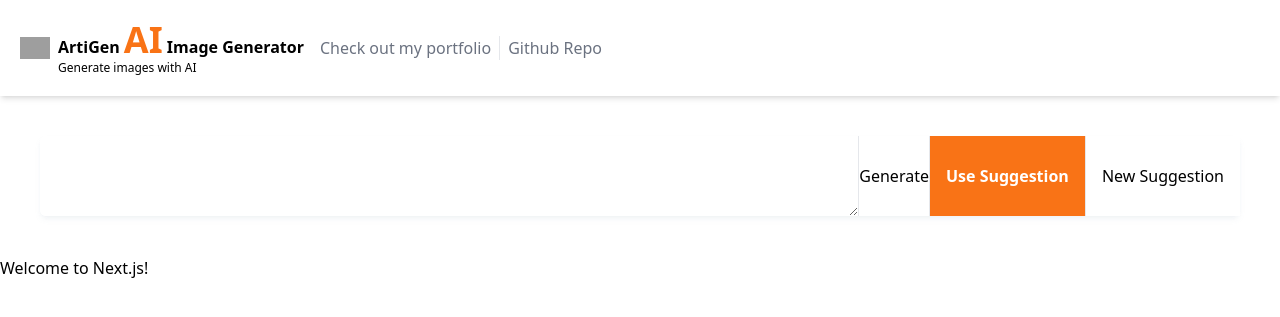
Repository: AlgoHussle/image-generator
Page: /
An editor plug-in stored every save of this project. The page is shown before and after a run of saves, followed by the edit.
The browser window is 1280 px wide. The pictures show the whole page.
Pictures or frames that could not be fetched are drawn as grey boxes. The project was rebuilt for these pictures with package versions that can differ from the ones it lists, and the page was loaded fresh each time. The framework's server and built-in components were replaced by stand-ins that run in the browser. Also part of the build but not shown: next.config.js.

Above is the page before, as saved 2023-04-26 13:35:02.

After the next 11 saves:
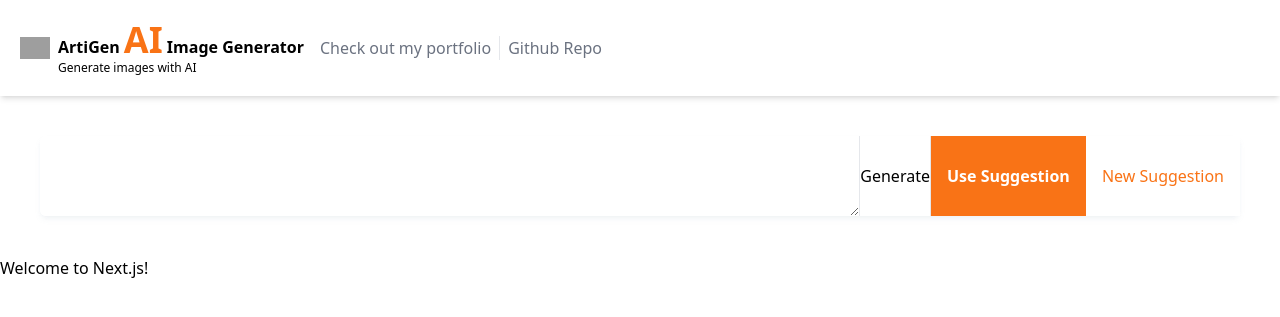
The 11 saves are shown as one change because they came seconds apart.
The last was saved 28 s later.
--- a/components/PromptInput.tsx
+++ b/components/PromptInput.tsx
@@ -16,7 +16,8 @@ function PromptInput() {
                     Use Suggestion
             </button>
             <button
-            className="p-4 bg-white text"
+            className="p-4 bg-white text-orange-500 border-none transition-colors duration-200
+            "
             >
                 New Suggestion
             </button>
